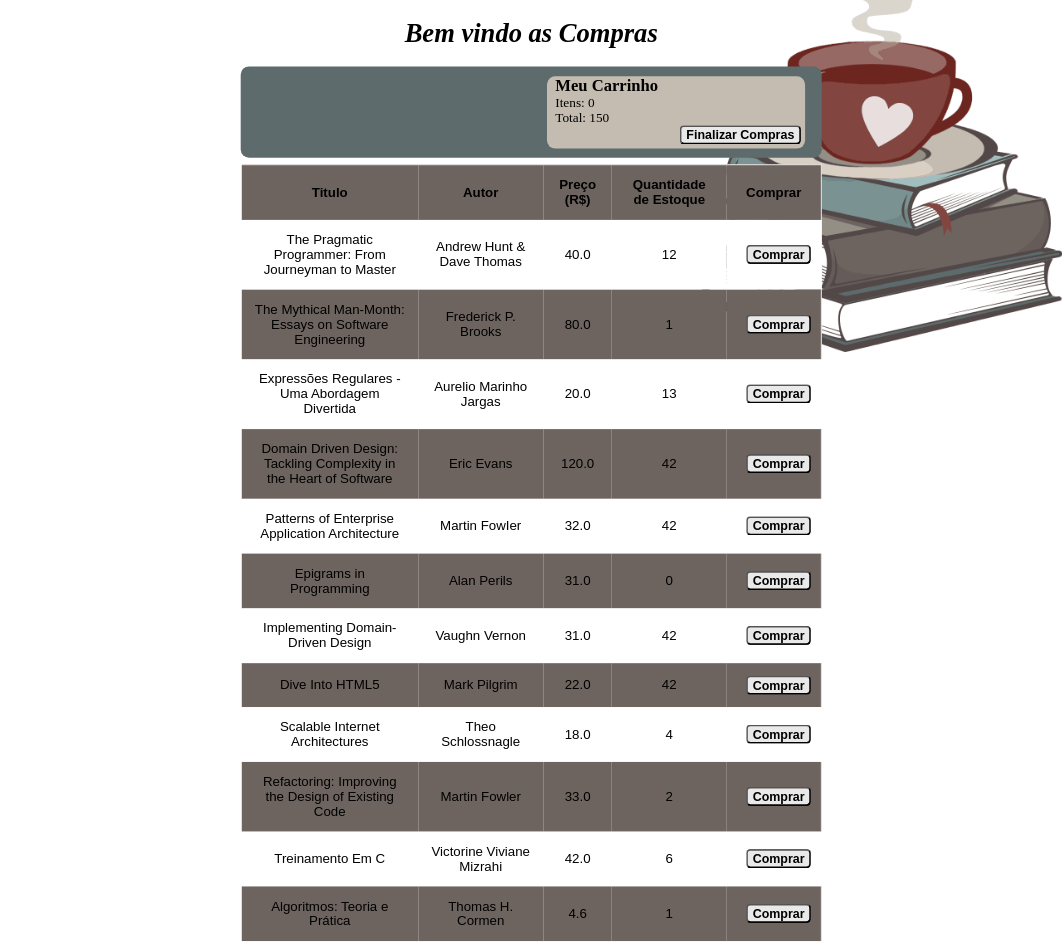
Repository: gabriellacrystina/ProjetoTegra
Page: http://localhost/book-store/Produtos
The author's editor kept a copy of each file at every save. The page is drawn from the files as they stood at one save, then again after the next save.
The browser window is 1280 px wide. The pictures show the whole page, at 83% of full size.
Backgrounds fixed to the window are drawn as part of the page. The page is served by Tomcat 9. Other server files are loaded and not shown.

Above is the page before, as saved 2016-07-04 14:49:57.

### book-store/WebContent/index.jsp
<%@ page language="java" contentType="text/html; charset=UTF-8"
    pageEncoding="UTF-8"%>
<%@ page import="model.Produto" %>
<%@ page import="java.util.ArrayList" %>
<%@ page import="java.util.List" %>

<!DOCTYPE html PUBLIC "-//W3C//DTD HTML 4.01 Transitional//EN" "http://www.w3.org/TR/html4/loose.dtd">
<html>
	<head>
		<meta http-equiv="Content-Type" content="text/html; charset=UTF-8">
		<link rel="stylesheet" type="text/css" href="book_store_stile.css">
		<script src="controle-compra.js"></script>
		<title>BookStore</title>
	</head>
	<body>
		<header>
			<div class="cabecalho">
				<h1>Bem vindo as Compras</h1>
			</div>
		</header>
		<form>
			<div class="meu-carrinho">
				<div class="carrinho">
					<label id="meu-carrinho">Meu Carrinho</label></br>
					Itens: <label class="lbl-itens" id="qtde-itens">0</label></br>
					Total: <label class="lbl-total" id="total">150</label></br>
					<button class="btn" id="btn-finalizar-compra" onclick="validaCarrinho()">Finalizar Compras</button>
				</div>
			</div>
			<%
				List<Produto> produtos = (ArrayList<Produto>) session.getAttribute("listaProdutos");
			%>
			<table id="tbl-books">
			  <tr>
			    <th>Titulo</th>
			    <th>Autor</th>
			    <th>Preço (R$)</th>
			    <th>Quantidade de Estoque</th>
			    <th>Comprar</th>
			  </tr>
			  <%
			  	for(Produto p: produtos){
		  		%>
		  			<tr class="livros">
						<td class="nome-livro"><%= p.getTitulo() %></td>
						<td class="nome-autor"><%= p.getAutor() %></center></td>
						<td class="preco"><%= p.getPreco() %></center></td>
						<td class="estoque"><%= p.getEstoque() %></center></td>
						<td><button class="btn" id="btn-comprar" onclick="validaEstoque()">Comprar</button></td>
					</tr>
		  		<%
			  	}
			  %>
			  <!--   TESTE DE RECUPERACAO DE LISTA VINDA DO SERVLET.
				  <tr class="livros">
				    <td class="nome-livro">The Pragmatic Programmer: From Journeyman to Master</td>
				    <td class="nome-autor">Andrew Hunt & Dave Thomas</td>
				    <td class="preco">40,00</td>
				    <td class="estoque">0</td>
				    <td><button class="btn" id="btn-comprar" onclick="validaEstoque()">Comprar</button></td>
				  </tr>
				  <tr>
				    <td>The Mythical Man-Month: Essays on Software Engineering</td>
				    <td>Frederick P. Brooks</td>
				    <td>80,00</td>
				    <td>1</td>
				    <td><button class="btn" id="btn-comprar">Comprar</button></td>
				  </tr>
				  <tr>
				    <td>Expressões Regulares - Uma Abordagem Divertida</td>
				    <td>Aurelio Marinho Jargas</td>
				    <td>20,00</td>
				    <td>13</td>
				    <td><button class="btn" id="btn-comprar">Comprar</button></td>
				  </tr>
				  <tr>
				    <td>Domain Driven Design: Tackling Complexity in the Heart of Software</td>
				    <td>Eric Evans</td>
				    <td>120,00</td>
				    <td>42</td>
				    <td><button class="btn" id="btn-comprar">Comprar</button></td>
				  </tr>
				  <tr>
				    <td>Patterns of Enterprise Application Architecture</td>
				    <td>Martin FowIer</td>
				    <td>32,00</td>
				    <td>42</td>
				    <td><button class="btn" id="btn-comprar">Comprar</button></td>
				  </tr>
				  <tr>
				    <td>Epigrams in Programming</td>
				    <td>Alan Perils</td>
				    <td>31,00</td>
				    <td>0</td>
				    <td><button class="btn" id="btn-comprar">Comprar</button></td>
				  </tr>
				  <tr>
				    <td>Implementing Domain-Driven Design</td>
				    <td>Vaughn Vernon</td>
				    <td>31,00</td>
				    <td>42</td>
				    <td><button class="btn" id="btn-comprar">Comprar</button></td>
				  </tr>
				  <tr>
				    <td>Dive Into HTML5</td>
				    <td>Mark Pilgrim</td>
				    <td>22,00</td>
				    <td>42</td>
				    <td><button class="btn" id="btn-comprar">Comprar</button></td>
				  </tr>
				   <tr>
				    <td>Scalable Internet Architectures</td>
				    <td>Theo Schlossnagle</td>
				    <td>18,00</td>
				    <td>4</td>
				    <td><button class="btn" id="btn-comprar">Comprar</button></td>
				  </tr>
				   <tr>
				    <td>Refactoring: Improving the Design of Existing Code</td>
				    <td>Martin Fowler</td>
				    <td>33,00</td>
				    <td>2</td>
				    <td><button class="btn" id="btn-comprar">Comprar</button></td>
				  </tr>
				   <tr>
				    <td>Treinamento Em C</td>
				    <td>Victorine Viviane Mizrahi</td>
				    <td>42,00</td>
				    <td>6</td>
				    <td><button class="btn" id="btn-comprar">Comprar</button></td>
				  </tr>
				   <tr>
				    <td>Algoritmos: Teoria e Prática</td>
				    <td>Thomas H. Cormen</td>
				    <td>4,60</td>
				    <td>1</td>
				    <td><button class="btn" id="btn-comprar">Comprar</button></td>
				  </tr>
			  -->
			</table>
		</form>
	</body>
</html>

### book-store/src/servlet/BuscaProdutos.java
package servlet;

import java.io.IOException;

import javax.servlet.ServletException;
import javax.servlet.annotation.WebServlet;
import javax.servlet.http.HttpServlet;
import javax.servlet.http.HttpServletRequest;
import javax.servlet.http.HttpServletResponse;
import javax.servlet.http.HttpSession;

import java.util.ArrayList;
import java.util.List;

import model.Item;
import model.Produto;
import dao.ProdutoDAO;

/**
 * Servlet implementation class BuscaProdutos
 * Classe responsavel por gerar uma lista estatica de produtos;
 * E ainda montar uma lista de livros escolhidos pelo o usuário.
 *
 */
@WebServlet("/Produtos")
public class BuscaProdutos extends HttpServlet {
	private static final long serialVersionUID = 1L;

    /**
     * @see HttpServlet#HttpServlet()
     */
    public BuscaProdutos() {
        super();
        // TODO Auto-generated constructor stub
    }

	/**
	 * @see HttpServlet#doGet(HttpServletRequest request, HttpServletResponse response)
	 */
	protected void doGet(HttpServletRequest request, HttpServletResponse response) throws ServletException, IOException {

		HttpSession sessao = request.getSession();

		//Gerando lista estatica.
		List<Produto> produtos = new ProdutoDAO().getListaProdutos();

		//colocando na sessao a lista de produtos
		sessao.setAttribute("listaProdutos", produtos);

		//redirecionar pro index.
		request.getRequestDispatcher("index.jsp").forward(request, response);
	}

	/**
	 * @see HttpServlet#doPost(HttpServletRequest request, HttpServletResponse response)
	 */
	protected void doPost(HttpServletRequest request, HttpServletResponse response) throws ServletException, IOException {
		HttpSession sessao = request.getSession();
		Item item = new Item();
		Produto produto;
		double subtotal = 0, total=0;
		Integer indice, quantidade=0, qtdeLivros=0;
		Item itemEncontrado = null;

		//captura Lista de Produtos e LivrosEscolhidos da sessao.
		List<Produto> produtos = (ArrayList<Produto>) sessao.getAttribute("listaProdutos");
		ArrayList<Item> livrosEscolhidos = (ArrayList<Item>) sessao.getAttribute("listaItens");

		if(livrosEscolhidos == null){
			livrosEscolhidos = new ArrayList<Item>();
			sessao.setAttribute("listaItens", livrosEscolhidos);
		}

		//Indice do livro
		indice = Integer.parseInt(request.getParameter("id-livro"));
		produto = produtos.get(indice);

		if(produto.contemEstoqueDisponivel()){
			/**Montando um item para adicionar em livrosEscolhidos.**/
			//Se a lista estiver vazia
			if(livrosEscolhidos.isEmpty()){
				//add item
				item.setProduto(produto);

				quantidade = item.getQuantidade() + 1;
				item.setQuantidade(quantidade);

				subtotal = quantidade * produto.getPreco();
				item.setSubtotal(subtotal);

				livrosEscolhidos.add(item);

				produto.atualizaEstoqueVenda();
			}else{
				//Senao percorre a lista
				for(int i=0; i<livrosEscolhidos.size(); i++){
					//verifica se o item a ser adicionado já existe na lista de livros Escolhidos
					if(produto.getTitulo().equals(livrosEscolhidos.get(i).getProduto().getTitulo())){
						itemEncontrado = livrosEscolhidos.get(i);
					}
				}
				//item já existe na lista?
				if(itemEncontrado != null){
					//atualiza a quantidade e o subtotal deste item
					itemEncontrado.adicionarQuantidade();

					itemEncontrado.adicionarSubtotal(produto.getPreco());

					produto.atualizaEstoqueVenda();
				}else{
					//senao adiciona um novo item na lista
					item.setProduto(produto);

					quantidade = item.getQuantidade() + 1;
					item.setQuantidade(quantidade);

					subtotal = quantidade * produto.getPreco();
					item.setSubtotal(subtotal);

					livrosEscolhidos.add(item);

					produto.atualizaEstoqueVenda();
				}
			}
		}

		//Total de livros e valor correspondente
		if( livrosEscolhidos != null){
			for(Item i: livrosEscolhidos){
				qtdeLivros = qtdeLivros + i.getQuantidade();
				total = total +  i.getProduto().getPreco() * i.getQuantidade();
			}
		}

		sessao.setAttribute("qtdeLivros", qtdeLivros);
		sessao.setAttribute("total", total);
		request.getRequestDispatcher("index.jsp").forward(request, response);
	}
}

### book-store/src/dao/ProdutoDAO.java
package dao;

import java.util.ArrayList;
import java.util.List;

import model.Produto;

/**
 * Produto(Data Object Access)
 *
 * Classe que simula acesso ao banco de dados
 */

public class ProdutoDAO {

	private final static List<Produto> listaProdutos = new ArrayList<>();

	static{
		adicionaProduto(new Produto("The Pragmatic Programmer: From Journeyman to Master", "Andrew Hunt & Dave Thomas", 40.00, 12));
		adicionaProduto(new Produto("The Mythical Man-Month: Essays on Software Engineering", "Frederick P. Brooks", 80.00, 1));
		adicionaProduto(new Produto("Expressões Regulares - Uma Abordagem Divertida", "Aurelio Marinho Jargas",20.00 ,13 ));
		adicionaProduto(new Produto("Domain Driven Design: Tackling Complexity in the Heart of Software", "Eric Evans", 120.00, 42));
		adicionaProduto(new Produto("Patterns of Enterprise Application Architecture", "Martin FowIer", 32.00, 42));
		adicionaProduto(new Produto("Epigrams in Programming", "Alan Perils", 31.00, 0));
		adicionaProduto(new Produto("Implementing Domain-Driven Design", "Vaughn Vernon", 31.00, 42));
		adicionaProduto(new Produto("Dive Into HTML5", "Mark Pilgrim", 22.00, 42));
		adicionaProduto(new Produto("Scalable Internet Architectures", "Theo Schlossnagle", 18.00, 4));
		adicionaProduto(new Produto("Refactoring: Improving the Design of Existing Code", "Martin Fowler", 33.00, 2));
		adicionaProduto(new Produto("Treinamento Em C", "Victorine Viviane Mizrahi", 42.00, 6));
		adicionaProduto(new Produto("Algoritmos: Teoria e Prática", "Thomas H. Cormen", 4.60, 1));
	}


	//Metodo que gera id automático e adiciona um produto na lista.
	private static void adicionaProduto(Produto produto){
		int id = listaProdutos.size();
		produto.setId(id);
		listaProdutos.add(produto);
	}

	public List<Produto> getListaProdutos(){
		return listaProdutos;
	}
}

### book-store/src/model/Produto.java
package model;

public class Produto {

	private int id;
	private String titulo;
	private String autor;
	private Double preco;
	private int estoque;

	public Produto(String titulo, String autor, Double preco, int estoque) {
		this.titulo = titulo;
		this.autor = autor;
		this.preco = preco;
		this.estoque = estoque;
	}

	public int getId(){
		return id;
	}

	public void setId(int id){
		this.id = id;
	}

	public String getTitulo() {
		return titulo;
	}

	public String getAutor() {
		return autor;
	}

	public Double getPreco() {
		return preco;
	}

	public int getEstoque() {
		return estoque;
	}

	public void atualizaEstoqueVenda(){
		this.estoque -= 1;
	}

	public void atualizaEstoqueDevolucao(){
		this.estoque += 1;
	}
}

### book-store/WebContent/book_store_stile.css
@CHARSET "ISO-8859-1";

body {
	background-image: url("teste.png");
	background-repeat: no-repeat;
	background-position: right top;
	background-attachment: fixed;
    width: 700px;
    margin-left: auto;
	margin-right: auto;
}

h1 {
	font-style: oblique;
	text-align: center;
    color: #000000;
}

#tbl-books {
	width: 100%;
	font-family: "Arial", "Helvetica", sans-serif;
	border: 1px solid #ffffff;
    border-collapse: collapse;

}

#tbl-books tr:nth-child(even){
	background-color: #FFFFFF
}

#tbl-books tr:nth-child(odd){
	background-color: #6D6460;

}

th, td {
    padding: 15px;
    text-align: center;
}

.meu-carrinho{
	width: 100%;
	height: 110px;
	border-radius: 10px;
    padding: 12px 20px;
    margin: 8px 0;
    box-sizing: border-box;
	background-color: #5D6B6C;
	margin-left: auto;
	margin-right: auto;
}
.carrinho{
	float: right;
	background-color: #c4bcb0;
	border-radius: 10px;
	padding-left: 10px;
	padding-bottom: 5px;
	margin-left: auto;
	margin-right: auto;
}

#meu-carrinho{
	font-size: 20px;
	font-weight: bold;
}

.btn {
	font-family: "Arial", "Helvetica", sans-serif;
	border-radius: 5px;
	font-size: 15px;
	font-weight: bold;
	margin-left: 150px;
	margin-right: 5px;
	background-color: #e9e9e9;
}

#btn-comprar{
	margin-left: 10%;
}

### book-store/WebContent/controle-compra.js
/**
 * Controle de Compra. Arquivo que valida dados do arquivo index.jsp
 */

function validaCarrinho(){
	var qtdeItens = document.getElementById("qtde-itens").textContent;

	if(qtdeItens == 0){
		alert("Não há itens no carrinho!!");
	}
}

function validaEstoque(){
	var trLivros = document.getElementsByClassName("livros");

	for(var i=0; i < trLivros.length; i++ ){
		var livro = trLivros[i];

		var estoque = livro.getElementsByClassName("estoque");

		if(estoque == 0){
			alert("Produto indisponível em estoque!!");
		}
	}

}

After the next save:
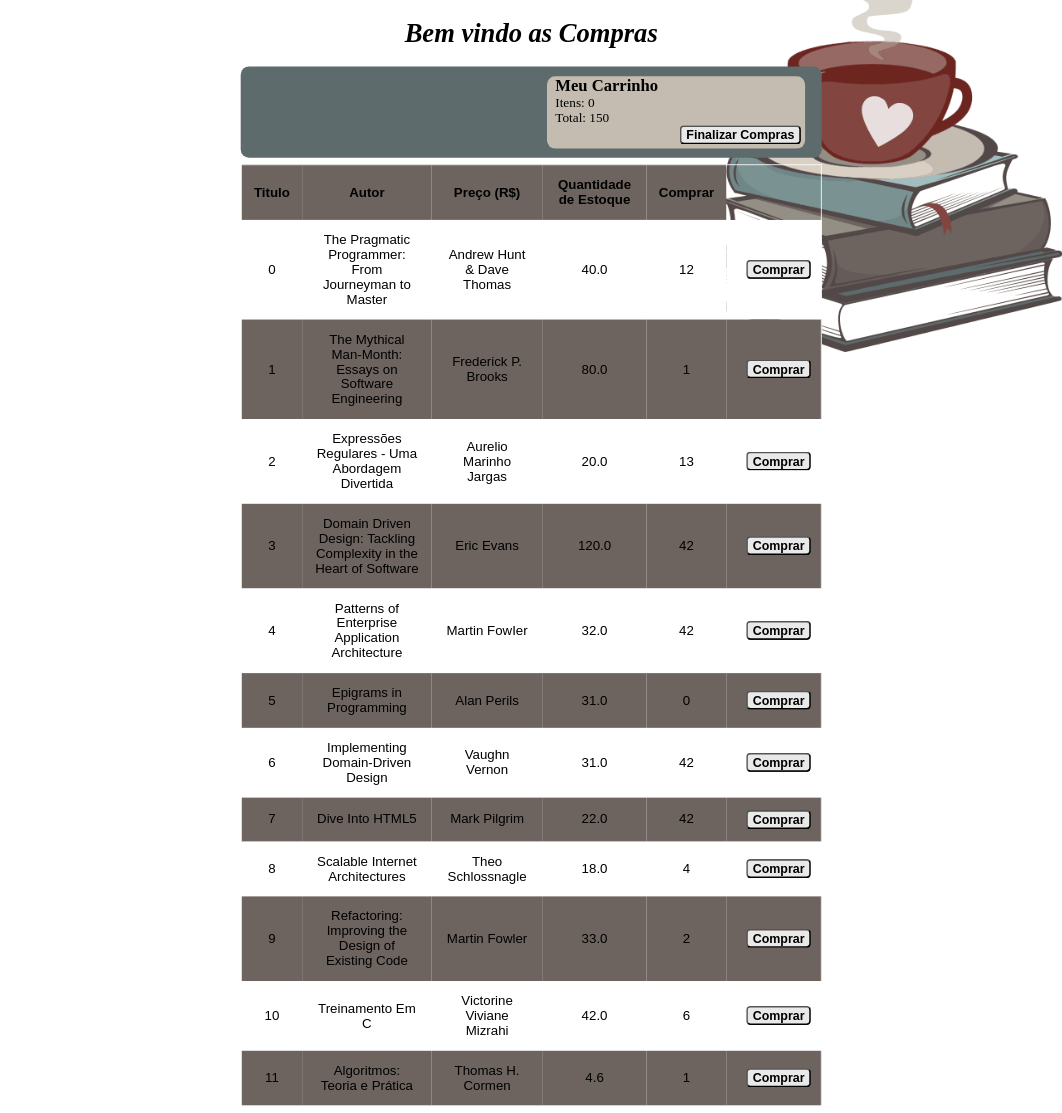
Saved 2 h 53 min later.
--- a/book-store/WebContent/index.jsp
+++ b/book-store/WebContent/index.jsp
@@ -42,6 +42,7 @@
 			  	for(Produto p: produtos){
 		  		%>
 		  			<tr class="livros">
+		  				<td type="hidden" class="id-livro"><%= p.getId() %></td>
 						<td class="nome-livro"><%= p.getTitulo() %></td>
 						<td class="nome-autor"><%= p.getAutor() %></center></td>
 						<td class="preco"><%= p.getPreco() %></center></td>
